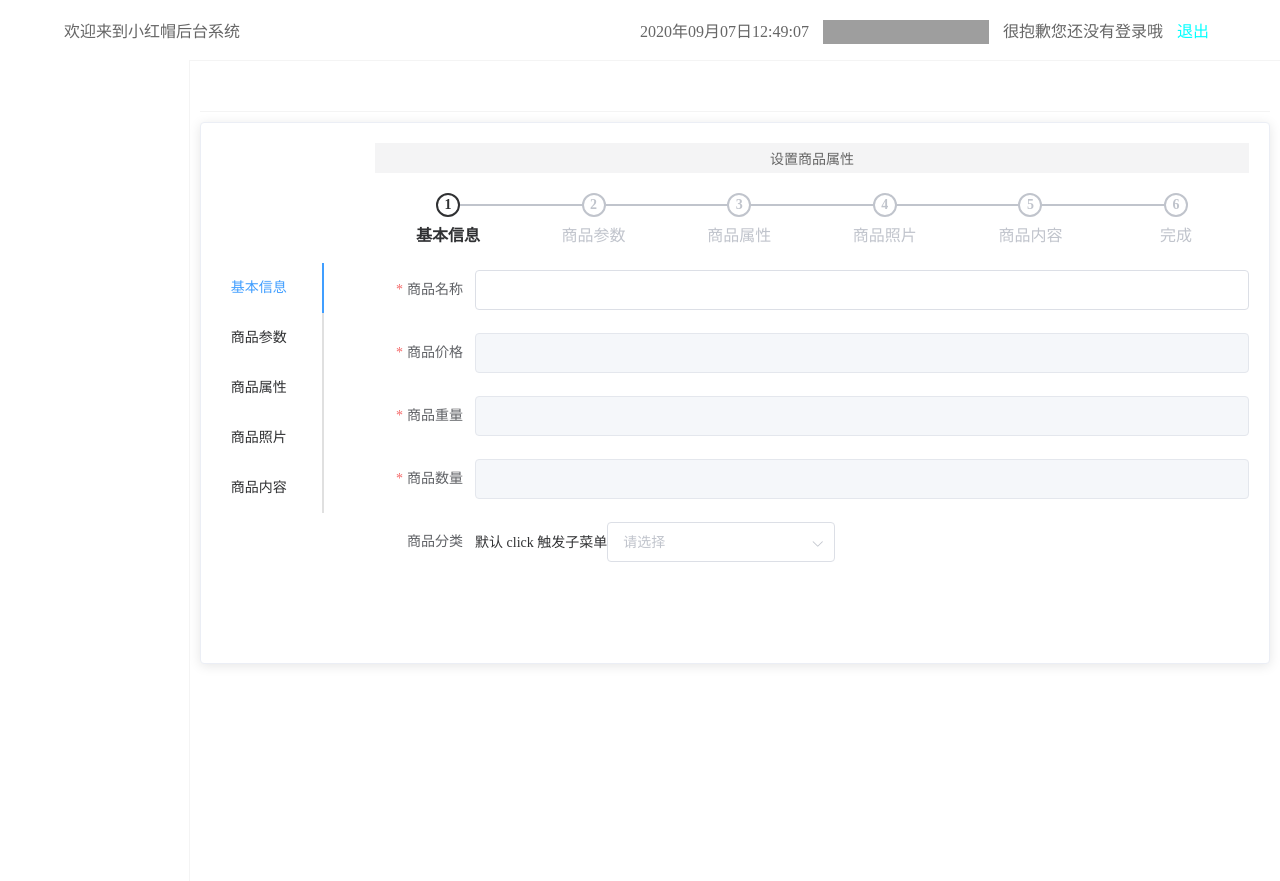
Repository: jinggegeZ/whitesystem
Page: /goods/addGoods
The author's editor kept a copy of each file at every save. The page is drawn from the files as they stood at one save, then again after the next save.
The browser window is 1280 px wide. The pictures show the whole page.
Pictures or frames that could not be fetched are drawn as grey boxes. The page's requests for data from a server got no answer. The project was rebuilt for these pictures with package versions that can differ from the ones it lists, and the page was loaded fresh each time. No one was signed in, and anything a server would have sent is missing. Also part of the build but not shown: vue.config.js, src/views/Home.vue.

Above is the page before, as saved 2020-09-07 14:24:11.

After the next save:
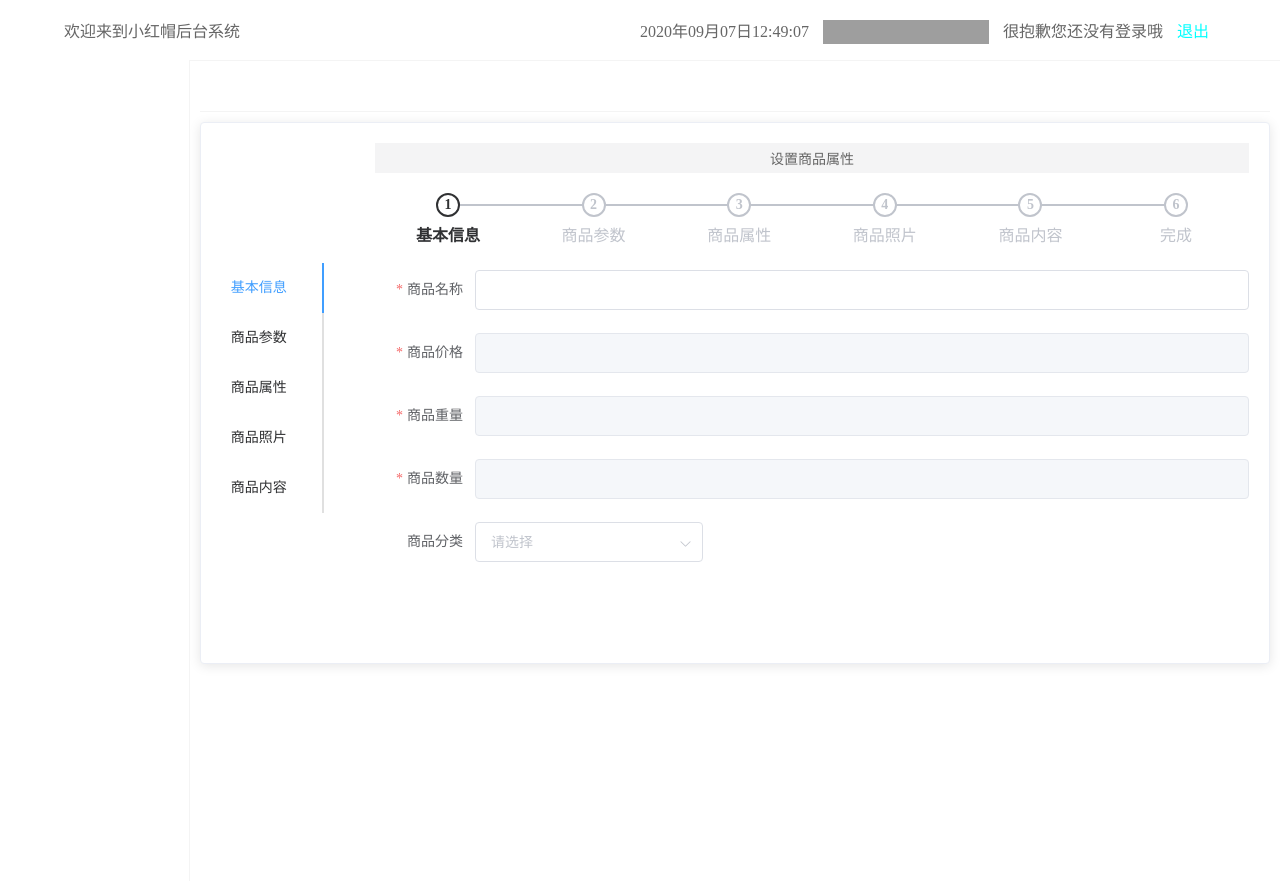
Saved 67 s later.
--- a/src/views/addGoods/addGoods.vue
+++ b/src/views/addGoods/addGoods.vue
@@ -60,8 +60,7 @@
                 </el-form-item>
                 <el-form-item label="商品分类" prop="goodsclass">
                   <div class="block">
-                    <span class="demonstration">默认 click 触发子菜单</span>
-                    <el-cascader v-model="value" :options="options" @change="handleChange"></el-cascader>
+                    <el-cascader v-model="value" :options="options" @change="handleChange" clearable></el-cascader>
                   </div>
                 </el-form-item>
               </el-form>
